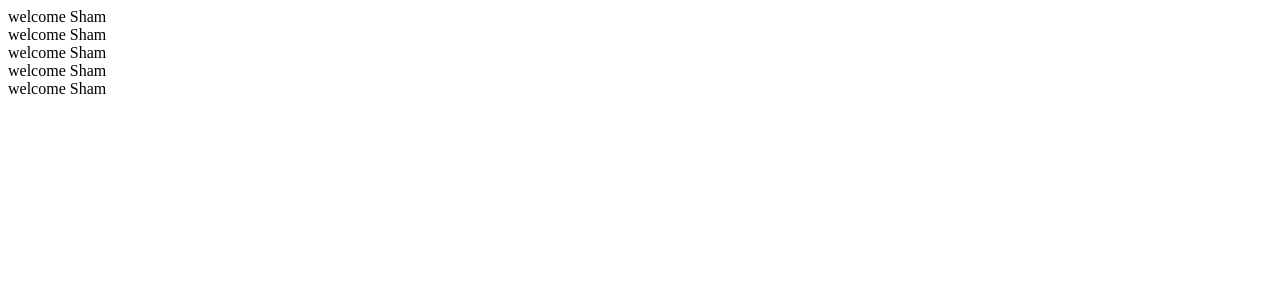
Repository: Asterisc-Institute/Adv-Java-Batch8
Page: http://localhost/Jsp-Day03/test
These files come from the project's save history. The page is drawn as it stood at one moment and after the next save; the edit follows.
The browser window is 1280 px wide. The pictures show the whole page.
The page is served by Tomcat 9.

Above is the page before, as saved 2023-05-13 13:21:58.

After the next save:
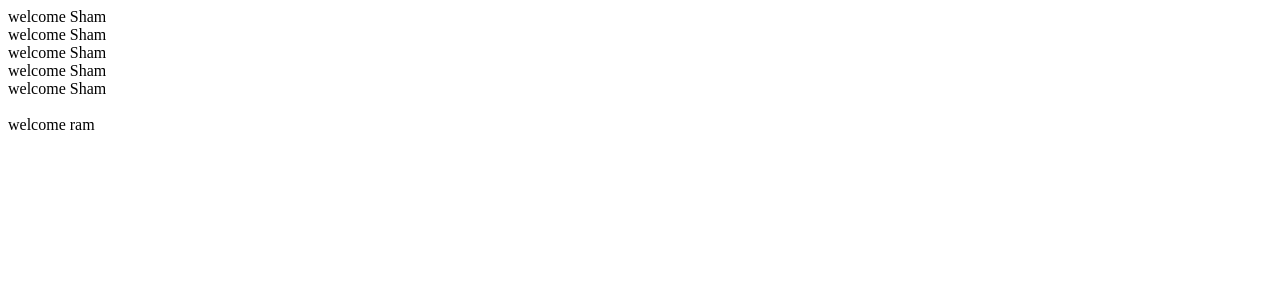
Saved 11 s later.
--- a/Jsp-Day03/WebContent/mypage.jsp
+++ b/Jsp-Day03/WebContent/mypage.jsp
@@ -16,10 +16,13 @@ welcome <%=hr %><br/>
 welcome <%=hr %><br/>
 welcome <%=hr %><br/>
 welcome <%=hr %><br/>
-welcome <%=hr %><br/>
+welcome <%=hr %><br/><br/>
 
 
-
+<%
+String hr1=application.getInitParameter("hr1");
+%>
+welcome <%=hr1 %><br/>
 
 
 </body>
